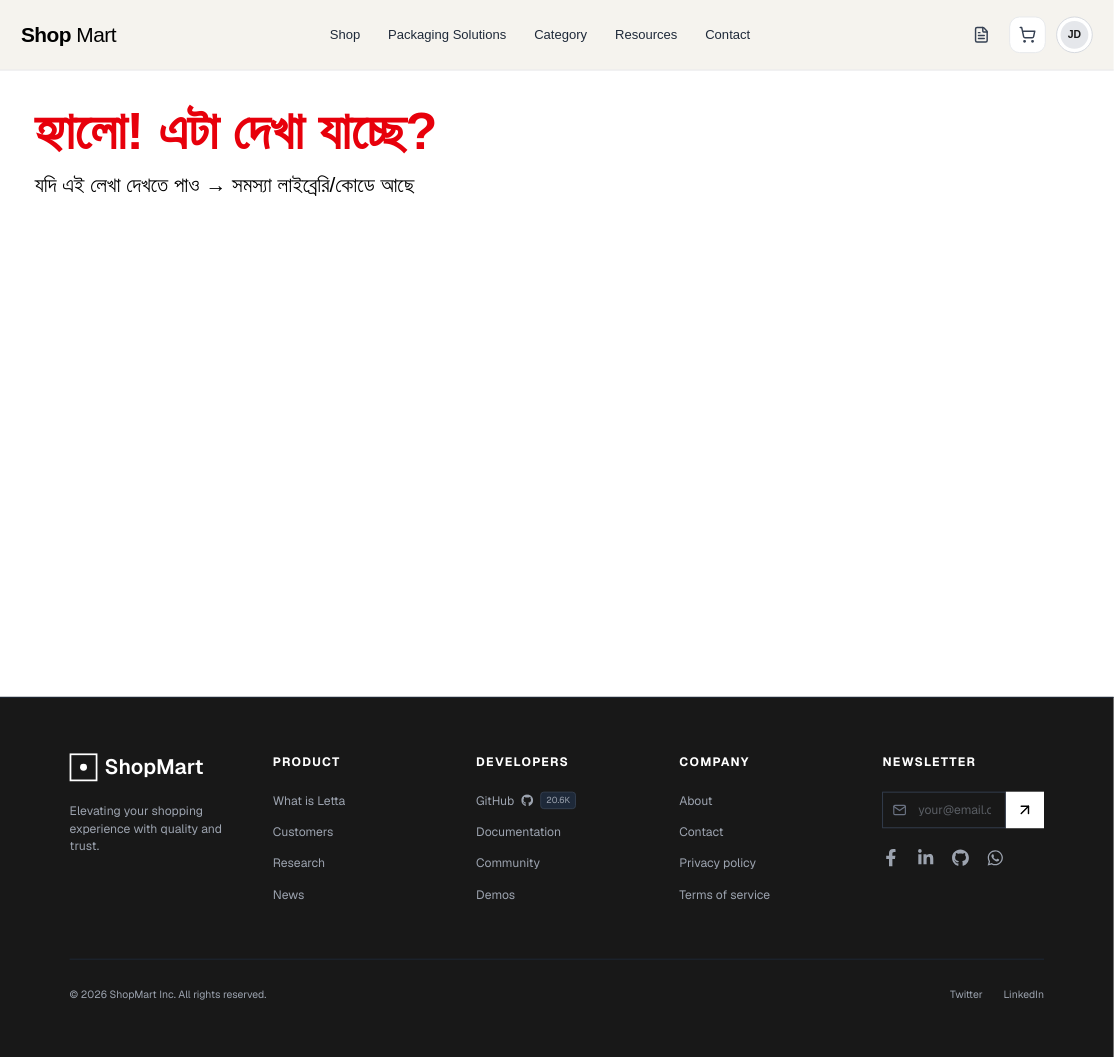
Repository: aminur-tech/shop-mart
Page: /contact
These files come from the project's save history. The page is drawn as it stood at one moment and after the next save; the edit follows.
The browser window is 1280 px wide. The pictures show the whole page, at 87% of full size.
The project was rebuilt for these pictures with package versions that can differ from the ones it lists, and the page was loaded fresh each time. The framework's server and built-in components were replaced by stand-ins that run in the browser. Also part of the build but not shown: next.config.mjs.

Above is the page before, as saved 2026-02-18 13:12:55.

After the next save:
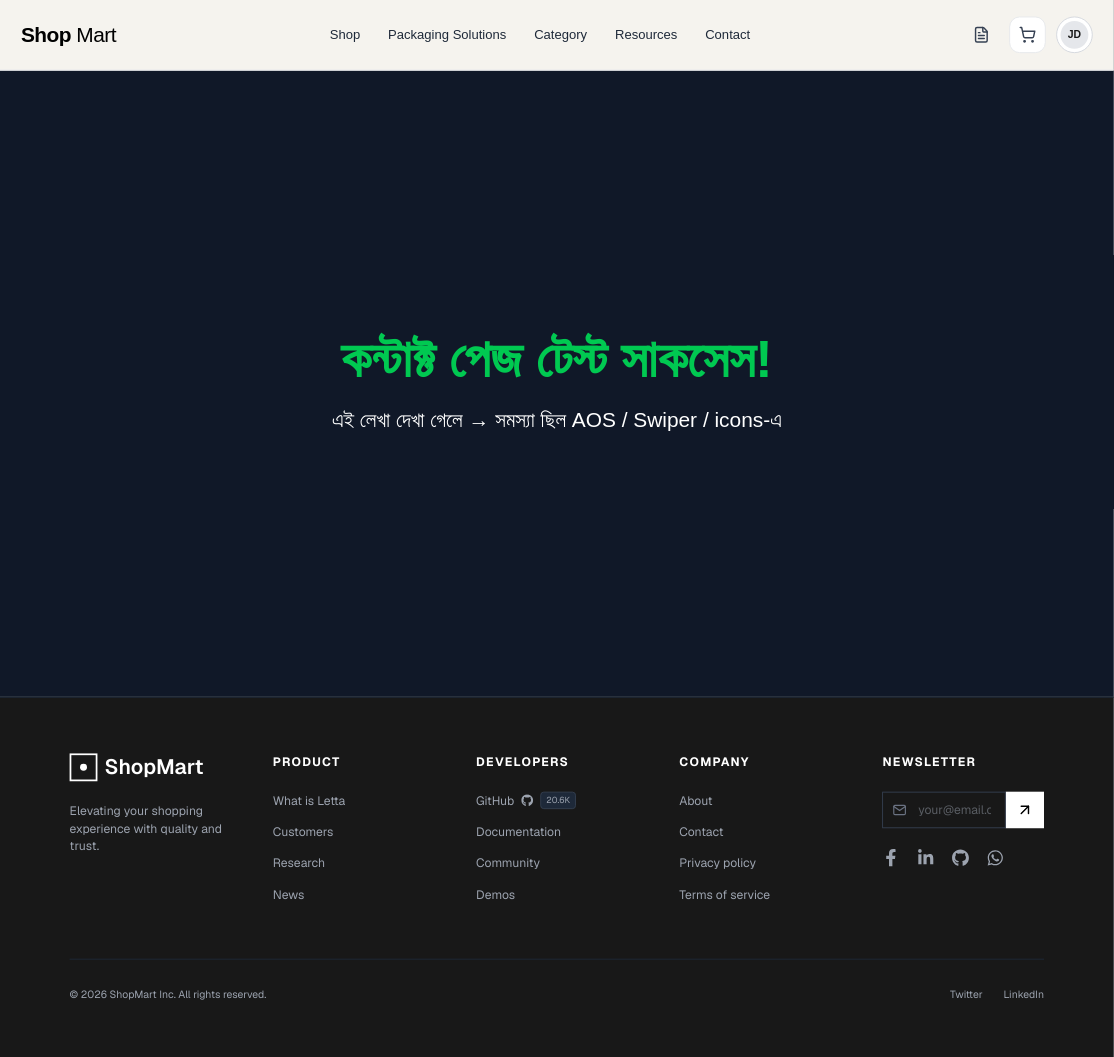
Saved 10 min 43 s later.
--- a/src/app/contact/page.jsx
+++ b/src/app/contact/page.jsx
@@ -2,9 +2,11 @@
 
 export default function ContactPage() {
   return (
-    <div className="min-h-screen bg-white text-black p-10">
-      <h1 className="text-6xl font-bold text-red-600">হ্যালো! এটা দেখা যাচ্ছে?</h1>
-      <p className="text-2xl mt-4">যদি এই লেখা দেখতে পাও → সমস্যা লাইব্রেরি/কোডে আছে</p>
+    <div className="min-h-screen bg-gray-900 text-white flex items-center justify-center p-10">
+      <div className="text-center">
+        <h1 className="text-6xl font-bold text-green-500 mb-6">কন্টাক্ট পেজ টেস্ট সাকসেস!</h1>
+        <p className="text-2xl">এই লেখা দেখা গেলে → সমস্যা ছিল AOS / Swiper / icons-এ</p>
+      </div>
     </div>
   );
 }
